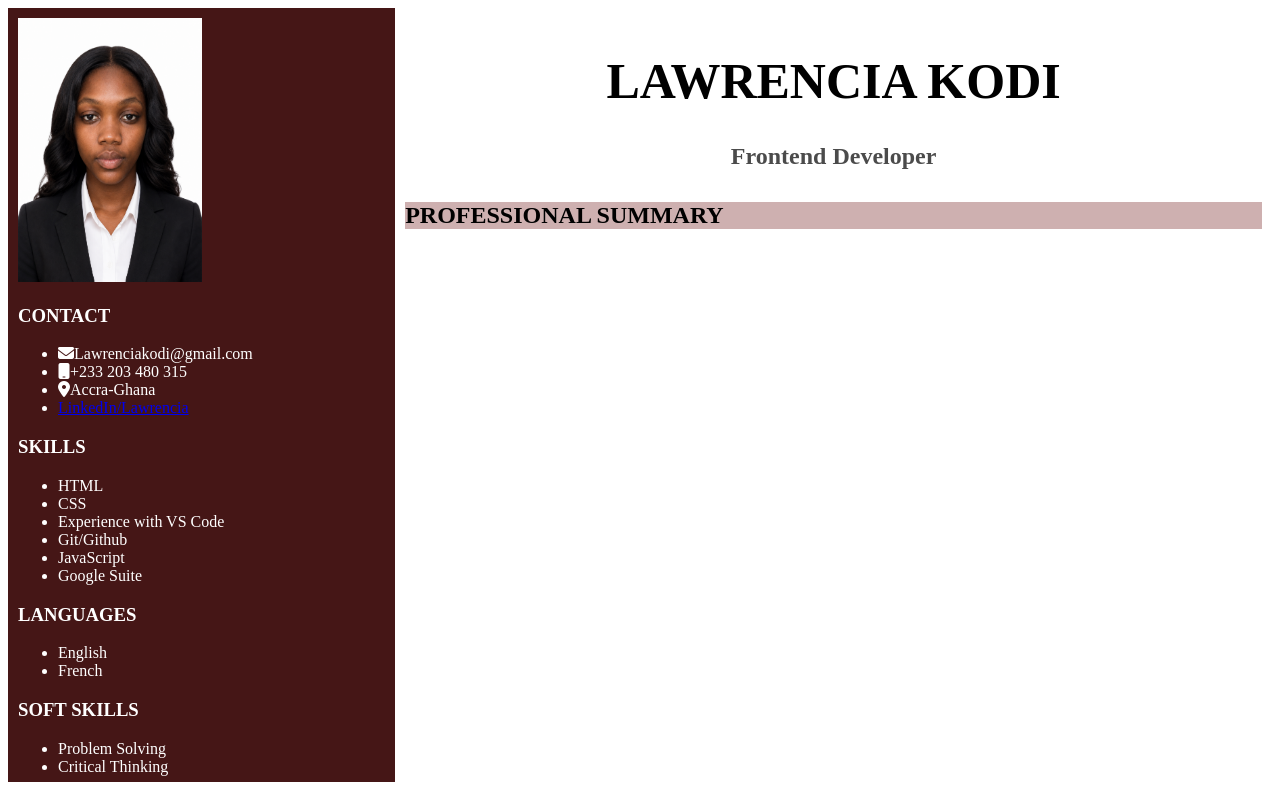
Repository: lawrencia-coder/T4G_CV
Page: index.html
An editor plug-in stored every save of this project. The page is shown before and after the next save, followed by the edit.
The browser window is 1280 px wide. The pictures show the whole page.
Some icons come from a web library that is not loaded, so they are not drawn. Some web libraries are served in a nearby version.

Above is the page before, as saved 2026-07-14 07:57:49.

After the next save:
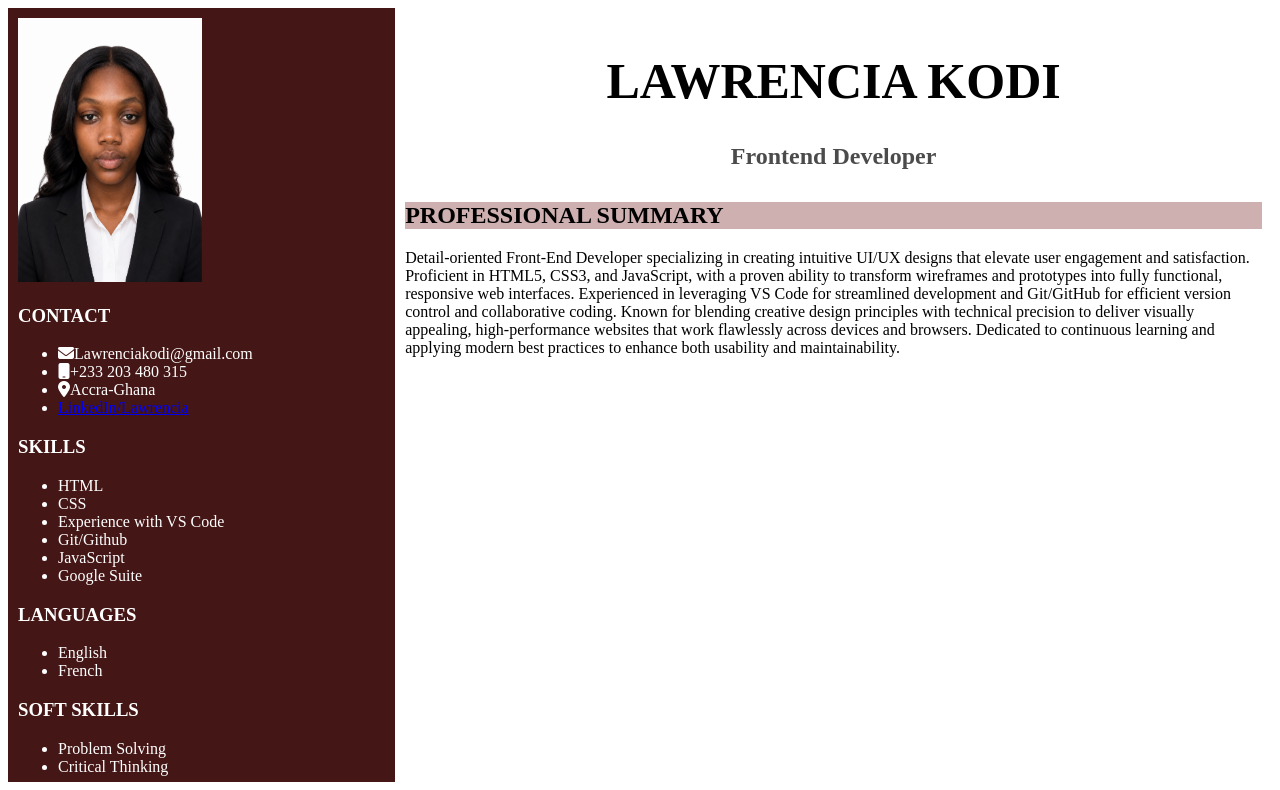
Saved 8 min 19 s later.
--- a/index.html
+++ b/index.html
@@ -54,7 +54,7 @@
              <h1>LAWRENCIA KODI  </h1>
              <h4 style="text-align: center;">Frontend Developer</h4>
              <h2>PROFESSIONAL SUMMARY</h2>
-              <p></p>
+              <p>Detail-oriented Front-End Developer specializing in creating intuitive UI/UX designs that elevate user engagement and satisfaction. Proficient in HTML5, CSS3, and JavaScript, with a proven ability to transform wireframes and prototypes into fully functional, responsive web interfaces. Experienced in leveraging VS Code for streamlined development and Git/GitHub for efficient version control and collaborative coding. Known for blending creative design principles with technical precision to deliver visually appealing, high-performance websites that work flawlessly across devices and browsers. Dedicated to continuous learning and applying modern best practices to enhance both usability and maintainability.</p>
          </div>
     </div>
 
